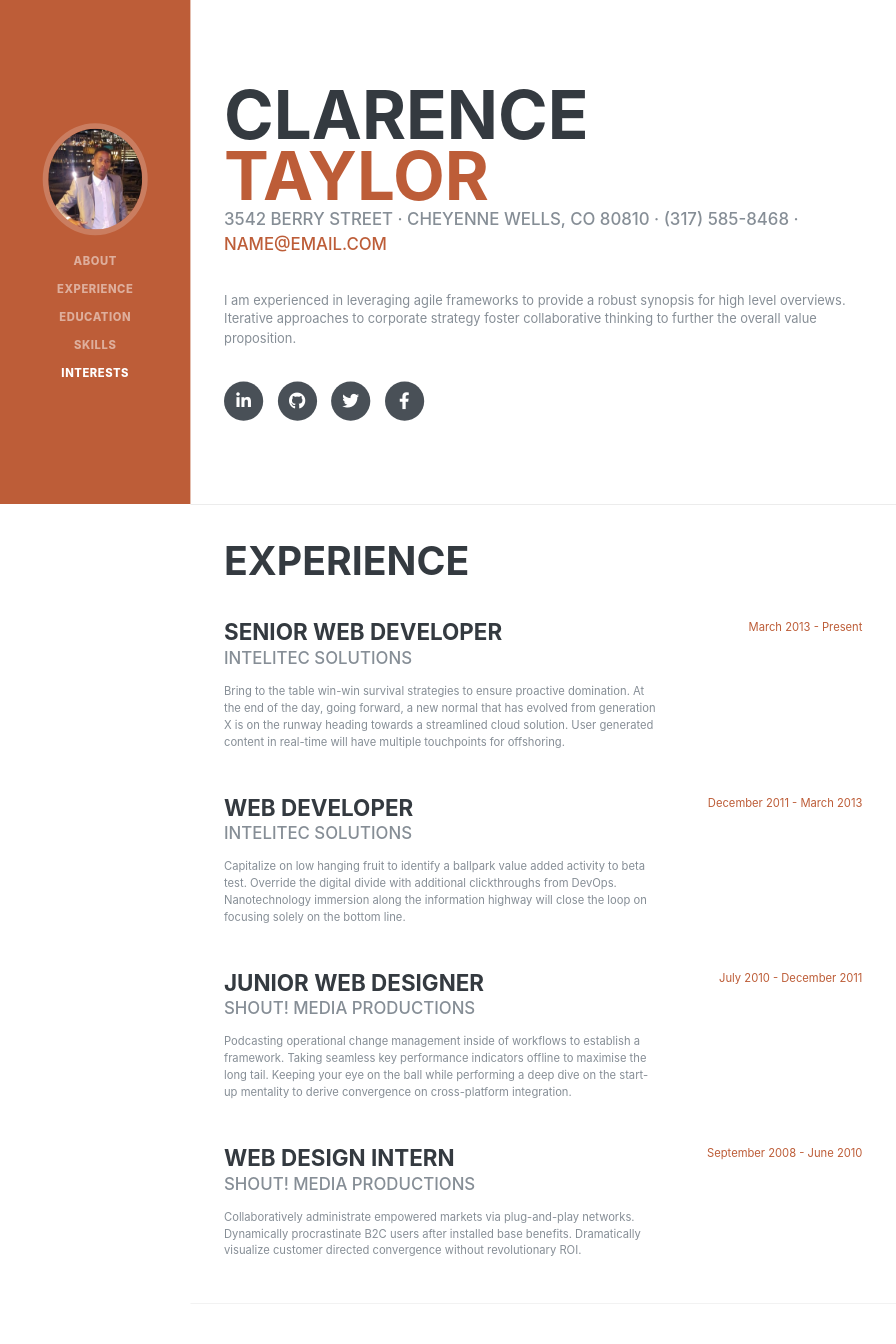
Repository: kcfurtado/kcfurtado.github.io
Page: index.html
The author's editor kept a copy of each file at every save. The page is drawn from the files as they stood at one save, then again after the next save.
The browser window is 1280 px wide. The pictures show the part of the page from y = 0 to 1920 px (the page is 4026 px tall), at 70% of full size.
Some web fonts or font styles are not loaded; a fallback is used.

Above is the page before, as saved 2020-04-04 00:32:33.

After the next save:
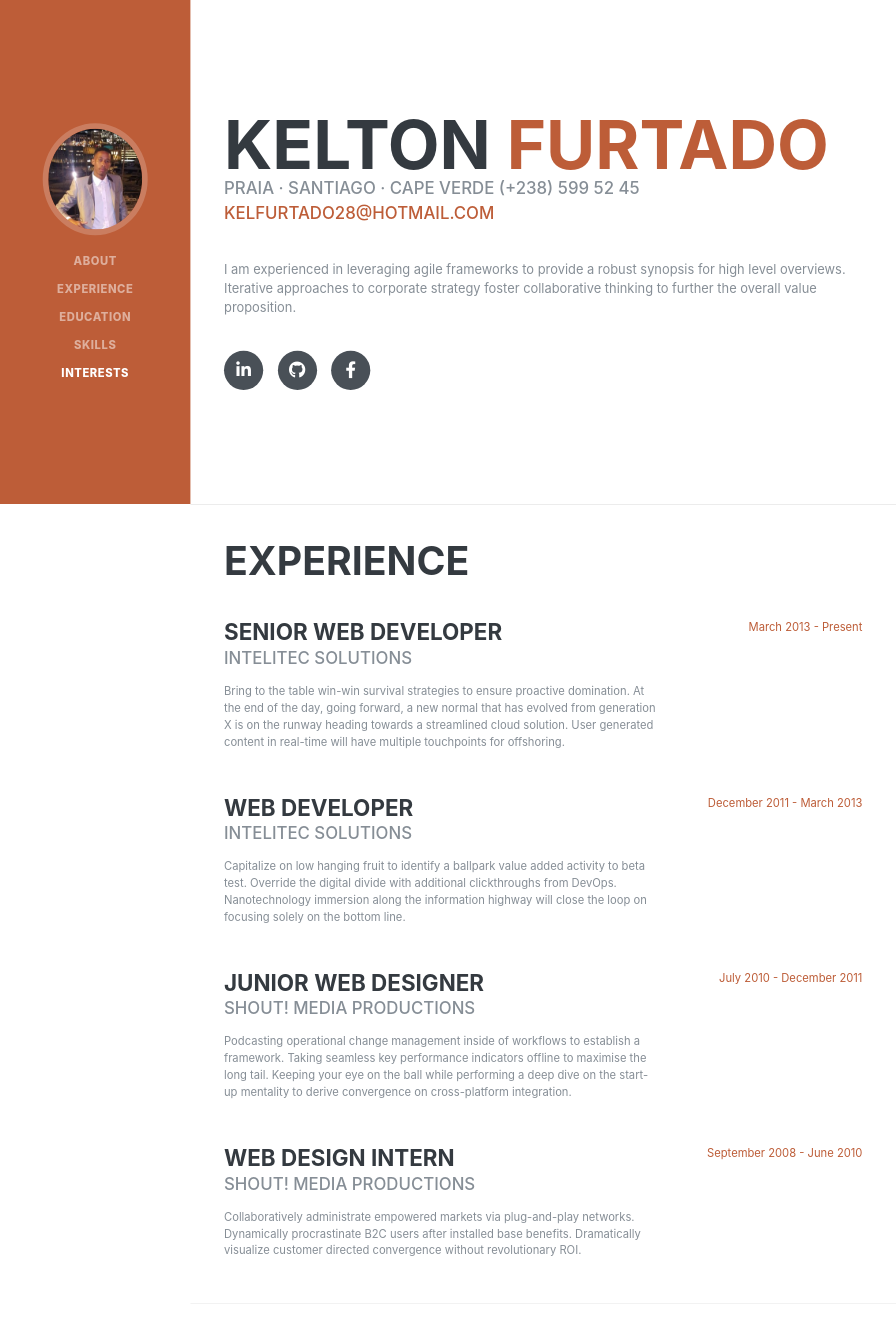
Saved 13 min 29 s later.
--- a/index.html
+++ b/index.html
@@ -63,24 +63,24 @@
 
     <section class="resume-section p-3 p-lg-5 d-flex align-items-center" id="about">
       <div class="w-100">
-        <h1 class="mb-0">Clarence
-          <span class="text-primary">Taylor</span>
+        <h1 class="mb-0">Kelton
+          <span class="text-primary">Furtado</span>
         </h1>
-        <div class="subheading mb-5">3542 Berry Street · Cheyenne Wells, CO 80810 · (317) 585-8468 ·
-          <a href="mailto:name@email.com">name@email.com</a>
+        <div class="subheading mb-5">Praia · Santiago · Cape Verde (+238) 599 52 45
+          <a href="kelfurtado28@hotmail.com">kelfurtado28@hotmail.com</a>
         </div>
         <p class="lead mb-5">I am experienced in leveraging agile frameworks to provide a robust synopsis for high level overviews. Iterative approaches to corporate strategy foster collaborative thinking to further the overall value proposition.</p>
         <div class="social-icons">
-          <a href="#">
+          <a href="www.linkedin.com/in/kelton-furtado">
             <i class="fab fa-linkedin-in"></i>
           </a>
-          <a href="#">
+          <a href="https://github.com/kcfurtado/">
             <i class="fab fa-github"></i>
           </a>
-          <a href="#">
+          <!--<a href="#">
             <i class="fab fa-twitter"></i>
-          </a>
-          <a href="#">
+          </a>-->
+          <a href="https://www.facebook.com/kcafurtado">
             <i class="fab fa-facebook-f"></i>
           </a>
         </div>
